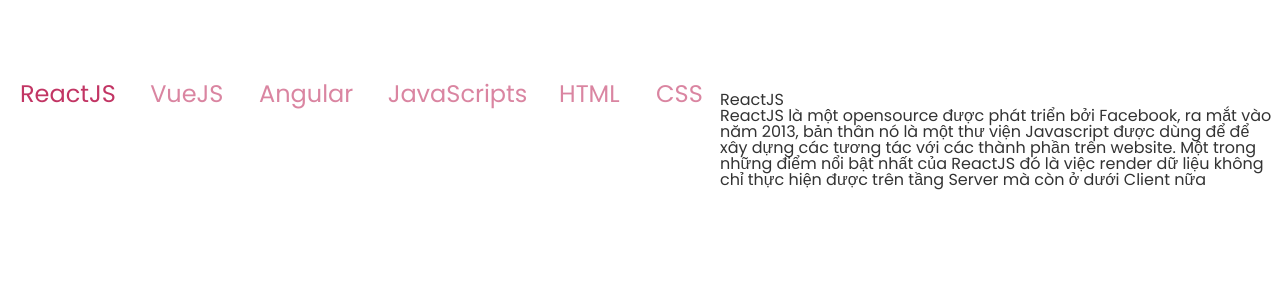
Repository: HoangLong0210/TabsUI
Page: index.html
An editor plug-in stored every save of this project. The page is shown before and after the next save, followed by the edit.
The browser window is 1280 px wide. The pictures show the whole page.

Above is the page before, as saved 2022-05-16 11:32:45.

### index.html
<!DOCTYPE html>
<html lang="en">
<head>
    <meta charset="UTF-8">
    <meta http-equiv="X-UA-Compatible" content="IE=edge">
    <meta name="viewport" content="width=device-width, initial-scale=1.0">
    <title>Tabs UI</title>
    <link rel="stylesheet" href="./reset.css" />
    <link rel="stylesheet" href="./style.css" />
    <link rel="preconnect" href="https://fonts.googleapis.com" />
    <link rel="preconnect" href="https://fonts.gstatic.com" crossorigin />
    <link
      href="https://fonts.googleapis.com/css2?family=Poppins:ital,wght@0,300;0,400;1,700&display=swap"
      rel="stylesheet"
    />
</head>
<body>
    <!-- tabs item -->
    <div class="tabs">
        <div class="tab__item active">
            <i class="fab fa-react">ReactJS</i>
        </div>
        <div class="tab__item">
            <i class="fab fa-vuejs">VueJS</i>
        </div>
        <div class="tab__item">
            <i class="fab fa-angular">Angular</i>
        </div>
        <div class="tab__item">
            <i class="fab fa-js">JavaScripts</i>
        </div>
        <div class="tab__item">
            <i class="fab fa-html5">HTML</i>
        </div>
        <div class="tab__item">
            <i class="fab fa-css3">CSS</i>
        </div>
        <div class="line"></div>
    </div>


    <!-- tabs content -->
    <div class="content">
        <div class="content__description active">
            <h2>ReactJS</h2>
            <p>ReactJS là một opensource được phát triển bởi Facebook, ra mắt vào năm 2013, bản thân nó là một thư viện Javascript được dùng để để xây dựng các tương tác với các thành phần trên website. Một trong những điểm nổi bật nhất của ReactJS đó là việc render dữ liệu không chỉ thực hiện được trên tầng Server mà còn ở dưới Client nữa</p>
        </div>
        <div class="content__description">
            <h2>VueJS</h2>
            <p>VueJS là một framework linh động dùng để xây dựng giao diện người dùng. Khác với các framework nguyên khối, Vue được thiết kế từ đầu theo hướng cho phép và khuyến khích việc phát triển ứng dụng theo các bước</p>
        </div>
        <div class="content__description">
            <h2>Angular</h2>
            <p>Angular là một JavaScript framework dùng để viết giao diện web (Front-end), được phát triển bởi Google</p>
        </div>
        <div class="content__description">
            <h2>JavaScripts</h2>
            <p>JavaScripts là một ngôn ngữ lập trình thông dịch được phát triển từ các ý niệm nguyên mẫu</p>
        </div>
        <div class="content__description">
            <h2>HTML</h2>
            <p>HTML là một ngôn ngữ đánh dấu được thiết kế ra để tạo nên các trang web trên World Wide Web. Nó có thể được trợ giúp bởi các công nghệ như CSS và các ngôn ngữ kịch bản giống như JavaScript</p>
        </div>
        <div class="content__description">
            <h2>CSS</h2>
            <p>CSS là chữ viết tắt của Cascading Style Sheets, nó là một ngôn ngữ được sử dụng để tìm và định dạng lại các phần tử được tạo ra bởi các ngôn ngữ đánh dấu (HTML)</p>
        </div>
    </div>
</body>
</html>

### style.css
* {
  padding: 0;
  margin: 0;
  box-sizing: border-box;
}

html {
  font-size: 62.5%;
}

body {
  display: flex;
  font-family: "Poppins", sans-serif;
  font-size: 1.6rem;
}

body > div {
  margin: 5% auto 0;
  max-width: 720px;
}

.tabs {
  display: flex;
  position: relative;
}

.tabs .line {
  position: absolute;
  left: 0;
  bottom: 0;
  width: 0;
  height: 6px;
  border-radius: 15px;
  background-color: #c23564;
  transition: all 0.2s ease;
}

.tab__item {
  min-width: 80px;
  padding: 16px 20px 11px 20px;
  font-size: 20px;
  text-align: center;
  color: #c23564;
  background-color: #fff;
  border-top-left-radius: 5px;
  border-top-right-radius: 5px;
  border-bottom: 5px solid transparent;
  opacity: 0.6;
  cursor: pointer;
  transition: all 0.5s ease;
}

.fab {
  font-size: 24px;
  width: 32px;
  position: relative;
  top: 2px;
}

.tab__item:hover {
  opacity: 1;
  background-color: rgba(194, 53, 100, 0.05);
  border-color: rgba(194, 53, 100, 0.1);
}

.tab__item.active {
  opacity: 1;
}

.content {
  padding: 28px 0;
}

.content__description {
  color: #333;
  display: none;
}

.content__description.active {
  display: block;
}

.tab__item h2 {
  font-size: 24px;
  margin-bottom: 8px;
}

Loaded but not shown: reset.css (common file)

After the next save:
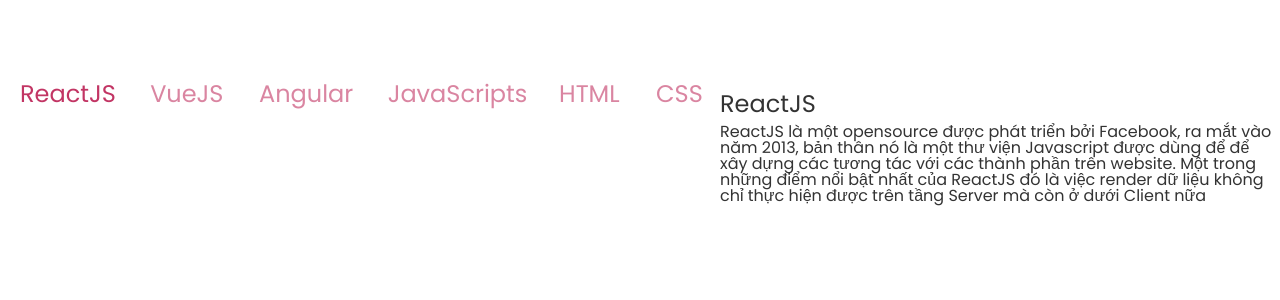
Saved 95 s later.
--- a/style.css
+++ b/style.css
@@ -80,7 +80,7 @@
   display: block;
 }
 
-.tab__item h2 {
+.content__description h2 {
   font-size: 24px;
   margin-bottom: 8px;
 }
